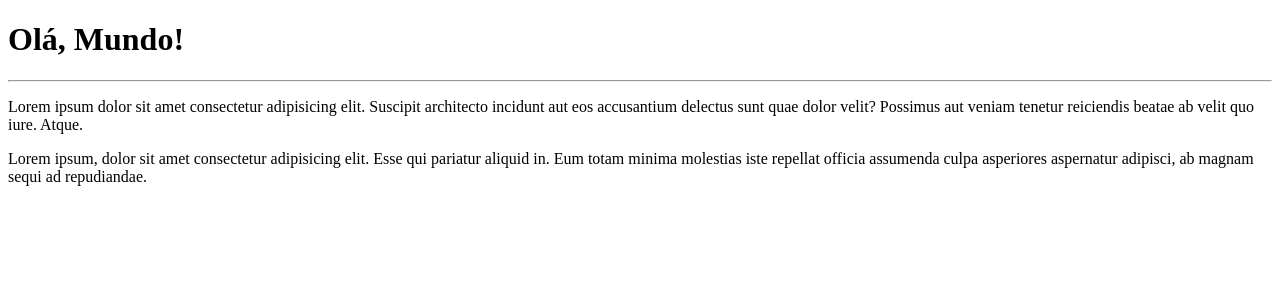
Repository: AnthonyLuanSantos/Anthony-Luan
Page: site-exemplo/index.html
These files come from the project's save history. The page is drawn as it stood at one moment and after a run of saves; the edit follows.
The browser window is 1280 px wide. The pictures show the whole page.

Above is the page before, as saved 2024-08-12 16:32:03.

After the next 2 saves:
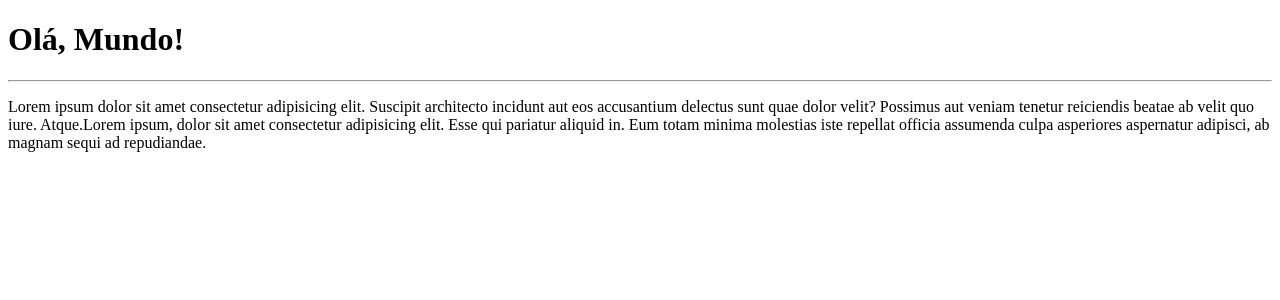
The 2 saves are shown as one change because they came seconds apart.
The last was saved 3 min 24 s later.
--- a/site-exemplo/index.html
+++ b/site-exemplo/index.html
@@ -11,8 +11,7 @@
     <h1>Olá, Mundo!</h1>
     <hr>
     <p>Lorem ipsum dolor sit amet consectetur adipisicing elit. Suscipit architecto incidunt aut eos accusantium
-        delectus sunt quae dolor velit? Possimus aut veniam tenetur reiciendis beatae ab velit quo iure. Atque.</p>
-        <p>Lorem ipsum, dolor sit amet consectetur adipisicing elit. Esse qui pariatur aliquid in. Eum totam minima molestias iste repellat officia assumenda culpa asperiores aspernatur adipisci, ab magnam sequi ad repudiandae.</p>
+        delectus sunt quae dolor velit? Possimus aut veniam tenetur reiciendis beatae ab velit quo iure. Atque.</p<p>Lorem ipsum, dolor sit amet consectetur adipisicing elit. Esse qui pariatur aliquid in. Eum totam minima molestias iste repellat officia assumenda culpa asperiores aspernatur adipisci, ab magnam sequi ad repudiandae.</p>
 </body>
 
 </html>

After the save that followed:
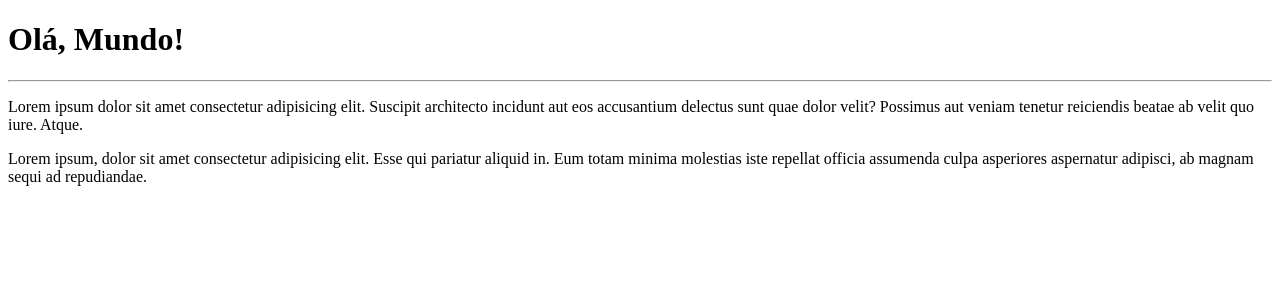
Saved 5 s later.
--- a/site-exemplo/index.html
+++ b/site-exemplo/index.html
@@ -11,7 +11,8 @@
     <h1>Olá, Mundo!</h1>
     <hr>
     <p>Lorem ipsum dolor sit amet consectetur adipisicing elit. Suscipit architecto incidunt aut eos accusantium
-        delectus sunt quae dolor velit? Possimus aut veniam tenetur reiciendis beatae ab velit quo iure. Atque.</p<p>Lorem ipsum, dolor sit amet consectetur adipisicing elit. Esse qui pariatur aliquid in. Eum totam minima molestias iste repellat officia assumenda culpa asperiores aspernatur adipisci, ab magnam sequi ad repudiandae.</p>
+        delectus sunt quae dolor velit? Possimus aut veniam tenetur reiciendis beatae ab velit quo iure. Atque.</p>
+        <p>Lorem ipsum, dolor sit amet consectetur adipisicing elit. Esse qui pariatur aliquid in. Eum totam minima molestias iste repellat officia assumenda culpa asperiores aspernatur adipisci, ab magnam sequi ad repudiandae.</p>
 </body>
 
 </html>
